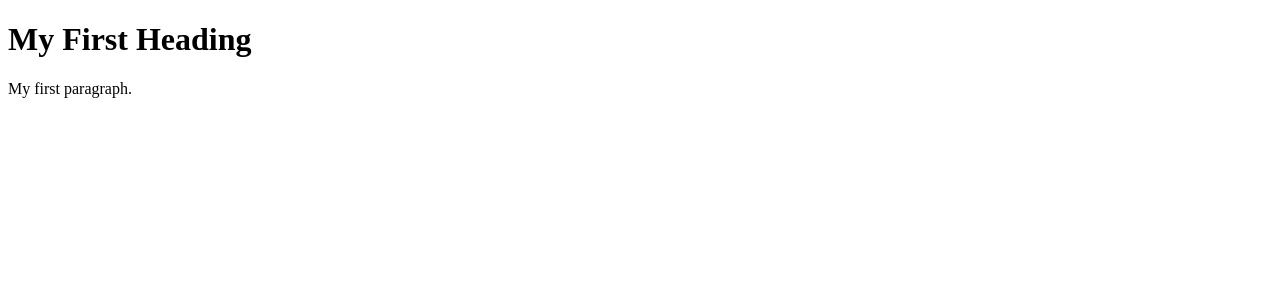
Repository: ayeza-baseer/AssignmentFlexbox
Page: assignment.html
An editor plug-in stored every save of this project. The page is shown before and after the next save, followed by the edit.
The browser window is 1280 px wide. The pictures show the whole page.

Above is the page before, as saved 2023-03-17 13:15:19.

After the next save:
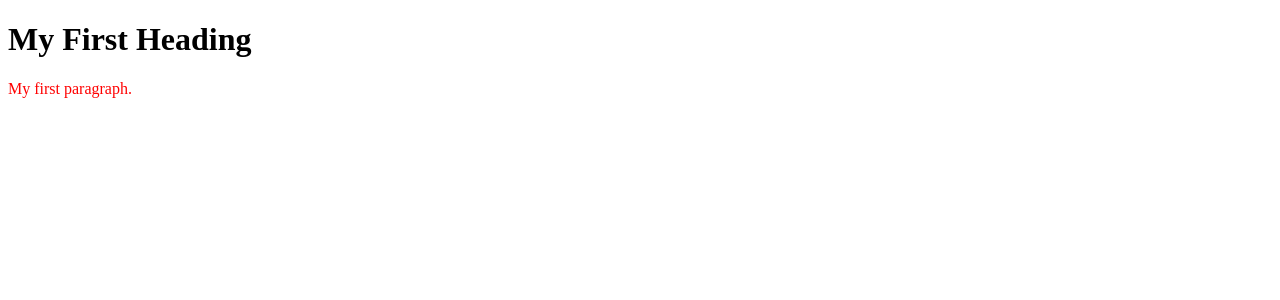
Saved 108 s later.
--- a/assignment.css
+++ b/assignment.css
@@ -1,3 +1,3 @@
-.class2{
-    color:"red"
+.search{
+    color:red
 }
